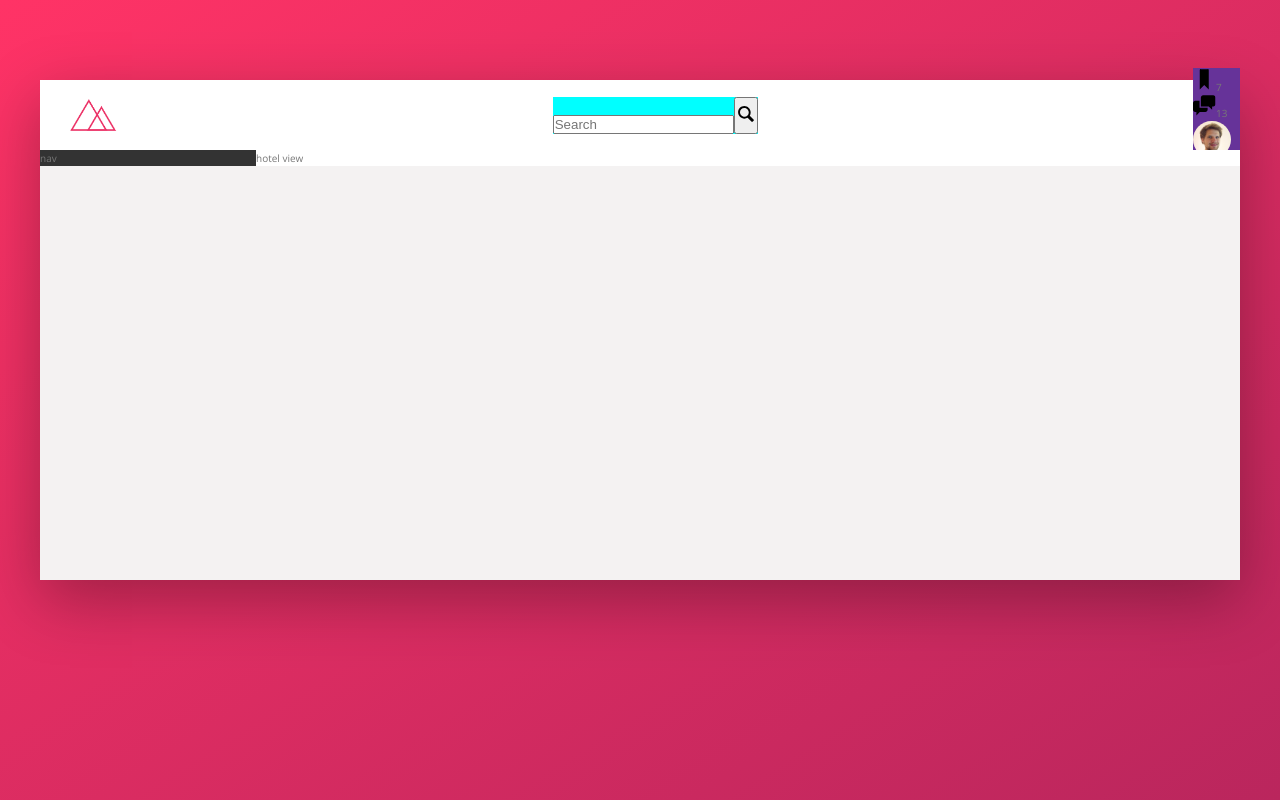
Repository: ajayaj2001/modern-Hotel
Page: /
The author's editor kept a copy of each file at every save. The page is drawn from the files as they stood at one save, then again after the next save.
The browser window is 1280 px wide. The pictures show the whole page.
The project was rebuilt for these pictures with package versions that can differ from the ones it lists, and the page was loaded fresh each time.

Above is the page before, as saved 2020-12-13 11:31:33.

After the next save:
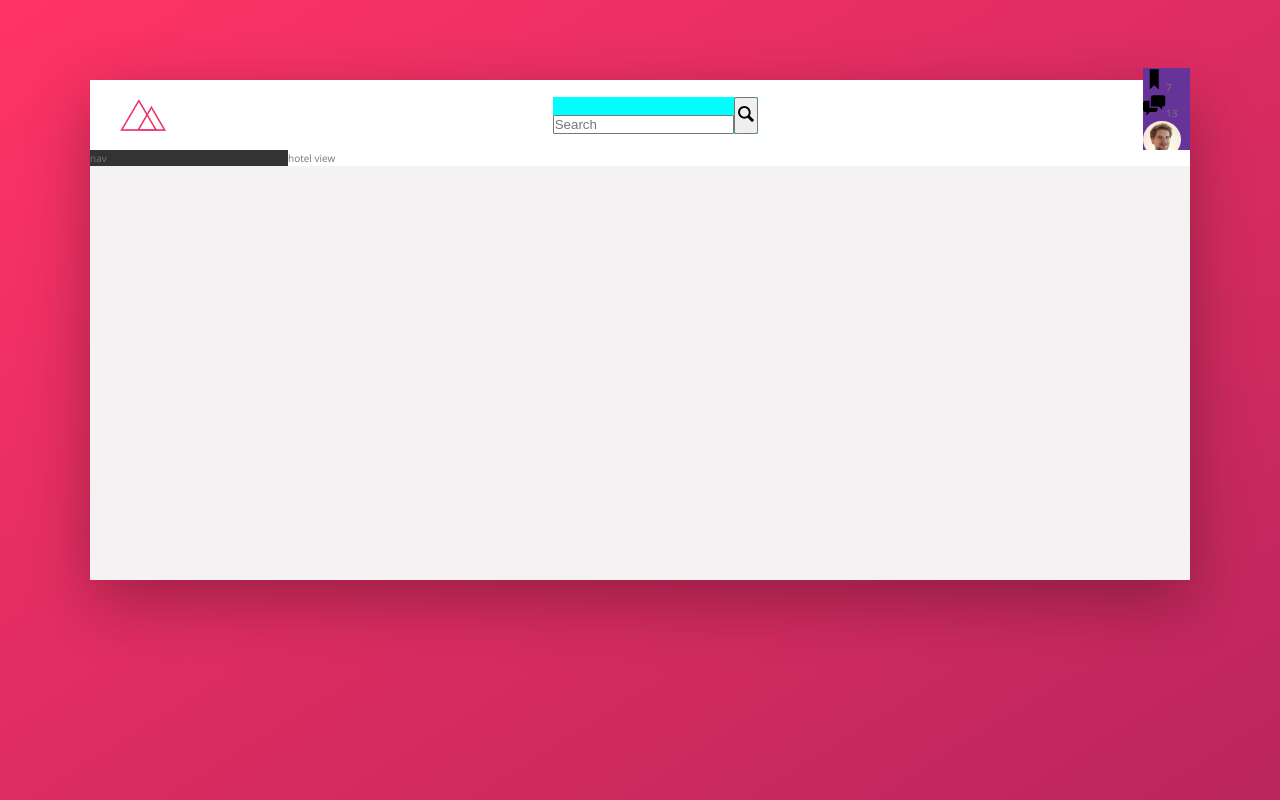
Saved 38 s later.
--- a/src/app/App.scss
+++ b/src/app/App.scss
@@ -1,5 +1,5 @@
 .container {
-    max-width: 120rem;
+    max-width: 110rem;
     margin: 8rem auto;
     background-color: var(--color-gray-light-2);
     box-shadow: 0 2rem 6rem rgba(black, 0.3);
